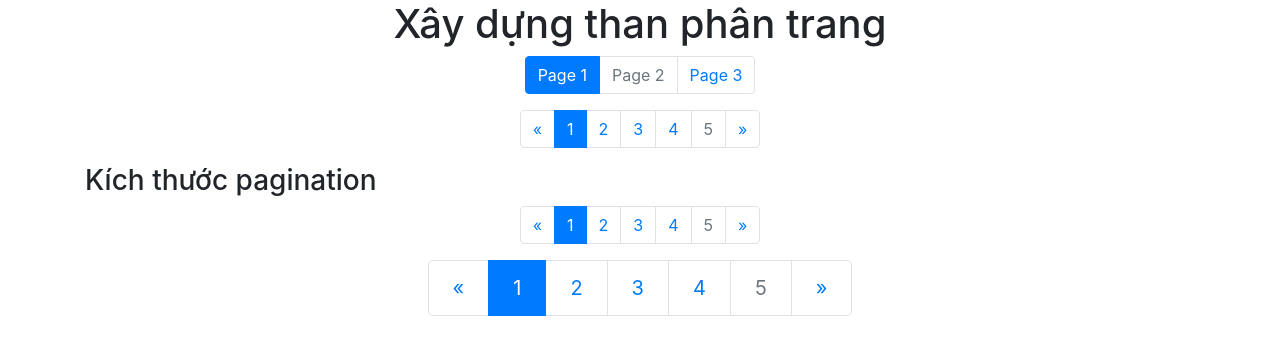
Repository: anhtu2110/front_end
Page: lesson/bootstrap/advance/5.7-pagination.html
These files come from the project's save history. The page is drawn as it stood at one moment and after the next save; the edit follows.
The browser window is 1280 px wide. The pictures show the whole page.

Above is the page before, as saved 2022-12-07 15:00:29.

### lesson/bootstrap/advance/5.7-pagination.html
<!DOCTYPE html>
<html lang="en">
  <head>
    <meta charset="UTF-8" />
    <meta http-equiv="X-UA-Compatible" content="IE=edge" />
    <meta name="viewport" content="width=device-width, initial-scale=1.0" />
    <link rel="stylesheet" href="./bootstrap/css/bootstrap.min.css" />
    <title>Xây dựng thanh phân trang danh sách bài viết, sản phẩm</title>
  </head>
  <body>
    <div class="container">
      <div class="row">
        <div class="col-md-12">
          <h1 class="text-center">Xây dựng than phân trang</h1>
          <nav aria-label="Page navigation">
            <ul class="pagination justify-content-center">
              <li class="page-item active" aria-current="page">
                <a class="page-link" href="#"
                  >Page 1 <span class="sr-only">(current)</span></a
                >
              </li>
              <li class="page-item disabled">
                <a class="page-link" href="#" tabindex="-1" aria-disabled="true"
                  >Page 2</a
                >
              </li>
              <li class="page-item">
                <a class="page-link" href="#">Page 3</a>
              </li>
            </ul>
          </nav>

          <nav>
            <ul class="pagination justify-content-center">
              <li class="page-item">
                <a href="" class="page-link">&laquo;</a>
              </li>
              <li class="page-item active">
                <a href="" class="page-link">1</a>
              </li>
              <li class="page-item">
                <a href="" class="page-link">2</a>
              </li>
              <li class="page-item">
                <a href="" class="page-link">3</a>
              </li>
              <li class="page-item">
                <a href="" class="page-link">4</a>
              </li>
              <li class="page-item disabled">
                <a href="" class="page-link">5</a>
              </li>
              <li class="page-item">
                <a href="" class="page-link">&raquo;</a>
              </li>
            </ul>
          </nav>
          <h3>Kích thước pagination</h3>
          <nav>
            <ul class="pagination pagination sm justify-content-center">
              <li class="page-item">
                <a href="" class="page-link">&laquo;</a>
              </li>
              <li class="page-item active">
                <a href="" class="page-link">1</a>
              </li>
              <li class="page-item">
                <a href="" class="page-link">2</a>
              </li>
              <li class="page-item">
                <a href="" class="page-link">3</a>
              </li>
              <li class="page-item">
                <a href="" class="page-link">4</a>
              </li>
              <li class="page-item disabled">
                <a href="" class="page-link">5</a>
              </li>
              <li class="page-item">
                <a href="" class="page-link">&raquo;</a>
              </li>
            </ul>
          </nav>
          <nav>
            <ul class="pagination pagination-lg justify-content-center">
              <li class="page-item">
                <a href="" class="page-link">&laquo;</a>
              </li>
              <li class="page-item active">
                <a href="" class="page-link">1</a>
              </li>
              <li class="page-item">
                <a href="" class="page-link">2</a>
              </li>
              <li class="page-item">
                <a href="" class="page-link">3</a>
              </li>
              <li class="page-item">
                <a href="" class="page-link">4</a>
              </li>
              <li class="page-item disabled">
                <a href="" class="page-link">5</a>
              </li>
              <li class="page-item">
                <a href="" class="page-link">&raquo;</a>
              </li>
            </ul>
          </nav>
        </div>
      </div>
    </div>
    <script src="js/jquery-3.6.1.min.js"></script>
    <script src="js/popper.min.js"></script>
    <script src="./bootstrap/js/bootstrap.min.js"></script>
  </body>
</html>

Loaded but not shown: lesson/bootstrap/advance/bootstrap/css/bootstrap.min.css (library); lesson/bootstrap/advance/js/jquery-3.6.1.min.js (library); lesson/bootstrap/advance/js/popper.min.js (library); lesson/bootstrap/advance/bootstrap/js/bootstrap.min.js (library)

After the next save:
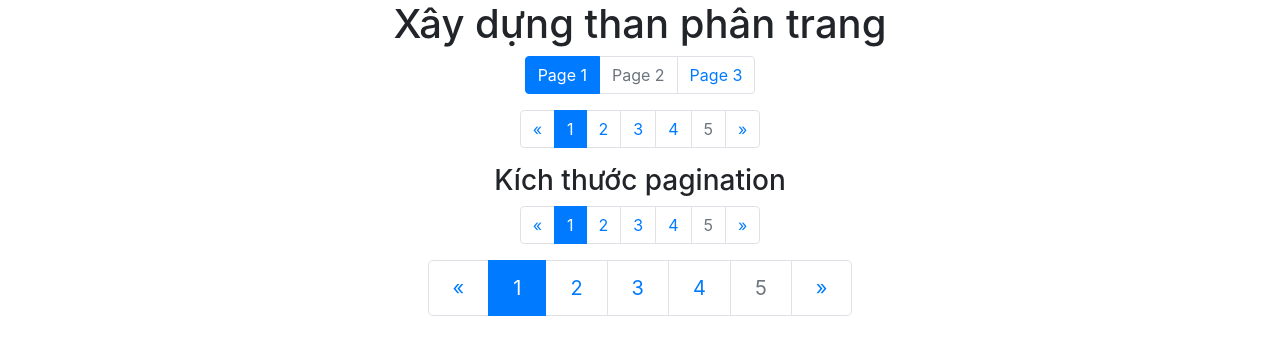
Saved 13 s later.
--- a/lesson/bootstrap/advance/5.7-pagination.html
+++ b/lesson/bootstrap/advance/5.7-pagination.html
@@ -55,7 +55,7 @@
               </li>
             </ul>
           </nav>
-          <h3>Kích thước pagination</h3>
+          <h3 class="text-center">Kích thước pagination</h3>
           <nav>
             <ul class="pagination pagination sm justify-content-center">
               <li class="page-item">
